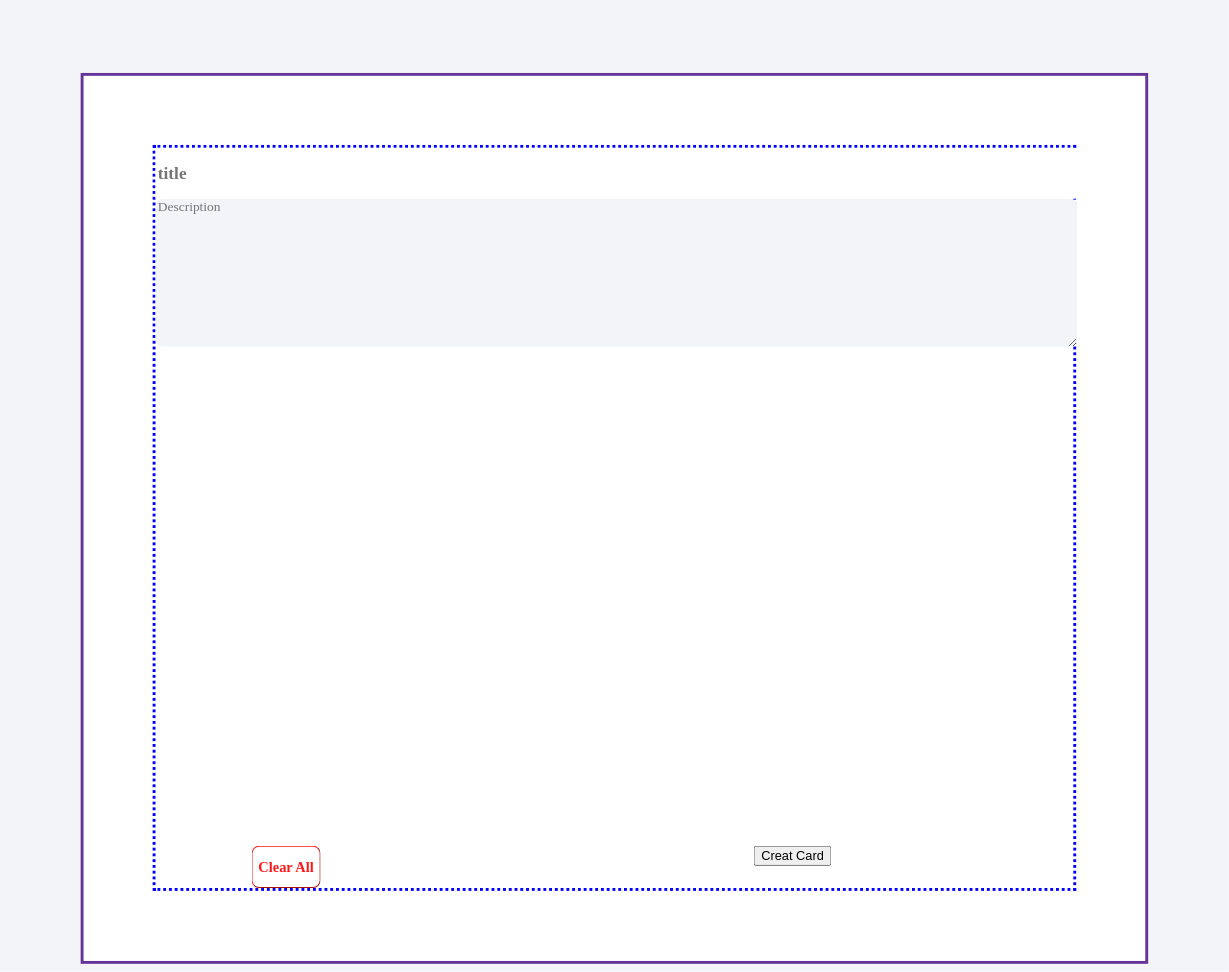
Repository: ReyhanehRahmani/TO-DO
Page: index.html
The author's editor kept a copy of each file at every save. The page is drawn from the files as they stood at one save, then again after the next save.
The browser window is 1280 px wide. The pictures show the whole page, at 96% of full size.

Above is the page before, as saved 2025-06-07 22:44:22.

### index.html
<!DOCTYPE html>

<html lang="en">

    <head>

        <meta name="viewport" content="width=device-width, initial-scale=1.0" />

        <title>TO-DO</title>

        <link rel="icon" type="image/jpg" href="favicon.png">

        <link rel="stylesheet" href="style.css">

    </head>
    <body>
        <div id="main-card">
            <div id="content">
                <div >
                <div id="title">
                    <input type="text" id="titlebox" minlength="3" maxlength="30" placeholder="title">
                </div>
                <div id="description">
                    <textarea type="text" id="descriptionbox" maxlength="200" placeholder="Description"></textarea>
                </div>
                </div>

                <div id="buttons">
                    <div id="clear"><button id="clearbut">Clear All</button></div>
                    <div id="creat"><button id="creatbut">Creat Card</button></div>
                </div>
            </div>
        </div>
    </body>

### style.css
body{
    background-color: #F2F4F7;
}



#main-card{
    margin-left: 6%;
    margin-right: 6%;
    margin-top: 6%;
    background-color: #FFFFFF;
    border: solid rebeccapurple;
}

#content{
    margin-right: 6.557377049%;
    margin-left: 6.557377049%;
    margin-top: 6.557377049%;
    margin-bottom: 6.557377049%;
    border: dotted blue;
}

#titlebox{
    font-family: Poppins;
    font-weight: 700;
    font-size: 18px;
    line-height: 150%;
    letter-spacing: -2%;
    border: none;
    width: 100%;
    height: 51px;
}

#descriptionbox{
    border: none;
    width: 100%;
    font-family: 'Poppins';
    font-weight: 500;
    font-size: 14px;
    line-height: 100%;
    letter-spacing: -3%;
    height: 150px;
    border-radius: 8px;
    background: #F2F4F7;

}

#content{
    display: flex;
    flex-direction: column;
    justify-content: space-between;
    gap: 516px;
}

#buttons{
    display: flex;
    justify-content: space-between;
    gap: 100px;


}

#clear{
    width: 30.503144654%;
    text-align: center;
    justify-content: center;
}

#clearbut{
    height: 44px;
    border-radius: 8px;
    border-width: 1.4px;
    border-color: #FF1616;
    background-color: #FFFFFF;
    font-family: 'Poppins';
    font-weight: 700;
    font-size: 15px;
    line-height: 100%;
    letter-spacing: -3%;
    color: #FF1616;
    white-space: nowrap;
}

#creat{
    width: 65.72327044%;
    text-align: center;
    justify-content: center;
}

#creatbut{

}

After the next save:
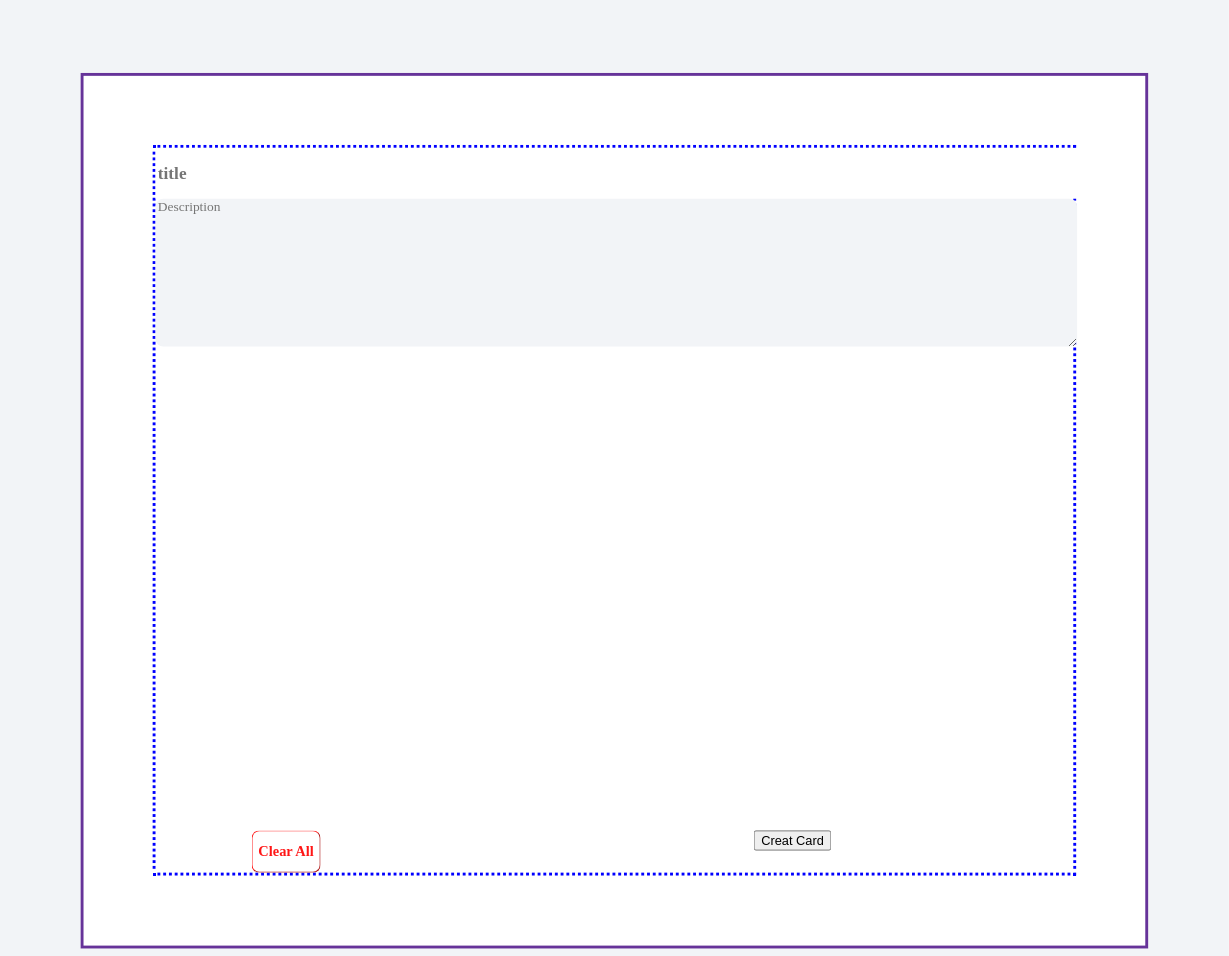
Saved 16 s later.
--- a/style.css
+++ b/style.css
@@ -49,7 +49,7 @@ body{
     display: flex;
     flex-direction: column;
     justify-content: space-between;
-    gap: 516px;
+    gap: 500px;
 }
 
 #buttons{
